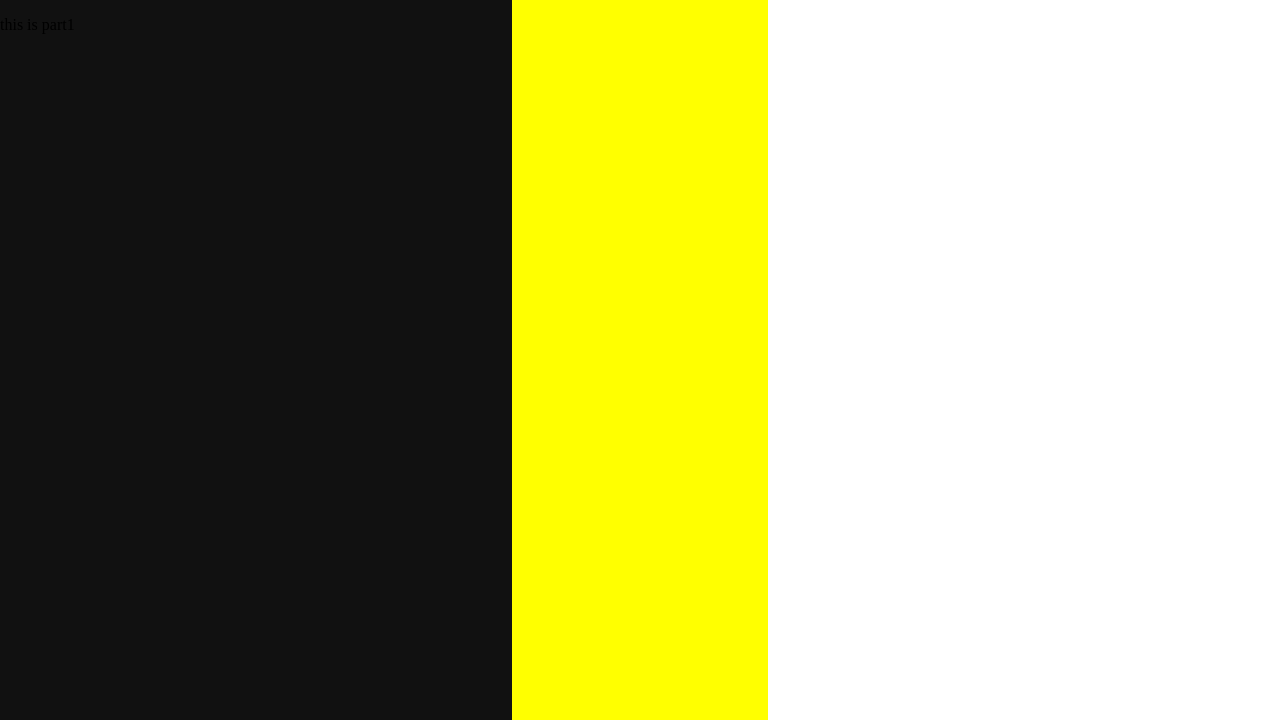
Repository: prathyushaa5/artgallery
Page: index/artists.html
An editor plug-in stored every save of this project. The page is shown before and after the next save, followed by the edit.
The browser window is 1280 px wide. The pictures show the whole page.

Above is the page before, as saved 2023-11-20 20:39:42.

### index/artists.html
<!DOCTYPE html>
<html lang="en">
<head>
    <meta charset="UTF-8">
    <meta name="viewport" content="width=device-width, initial-scale=1.0">
    <title>Document</title>
</head>
<style>
body{
    margin:0;
    padding:0;
}

#part1{
    height:100vh;
    background-color:#111111;
    position:fixed;
    top:0;
    left:0;
    width:40%;
}

#part2{
    height:100vh;
    background-color: yellow;
    overflow-y:scroll;
    width:60%;
}
</style>
<body>
<div id="part1">
    <p>this is part1</p>
</div>
<div id="part2">
    <p>this is part2</p>
</div>
</body>
</html>

After the next save:
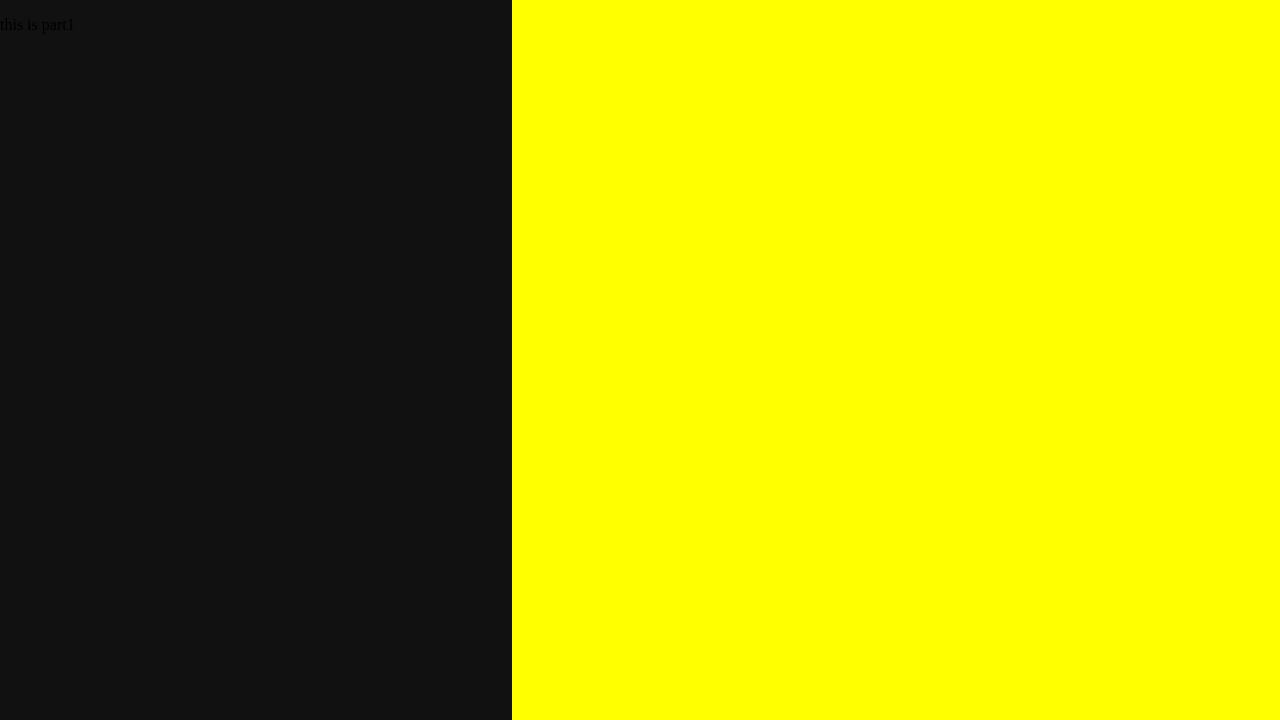
Saved 13 s later.
--- a/index/artists.html
+++ b/index/artists.html
@@ -24,7 +24,7 @@ body{
     height:100vh;
     background-color: yellow;
     overflow-y:scroll;
-    width:60%;
+    width:100%;
 }
 </style>
 <body>
